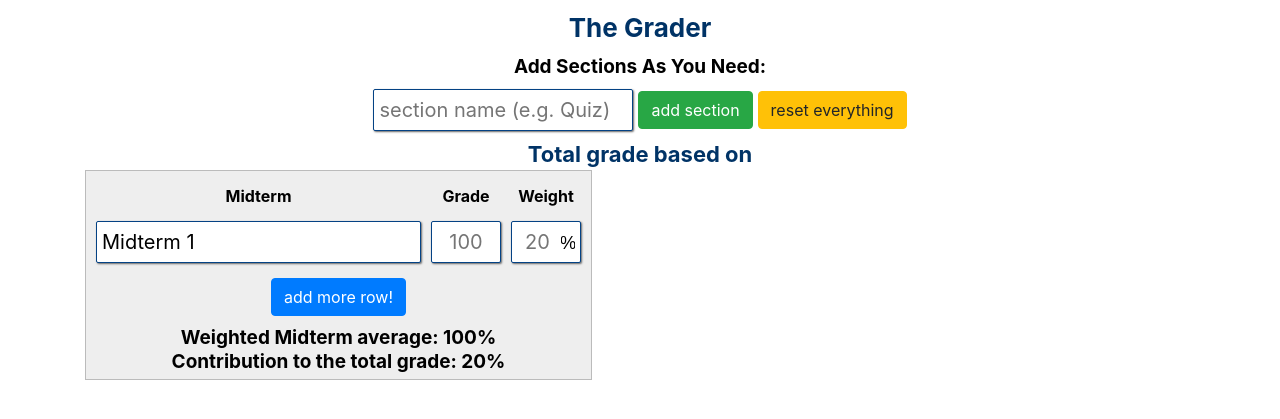
Repository: BarishNamazov/BarishNamazov.github.io
Page: thegrader/index.html
An editor plug-in stored every save of this project. The page is shown before and after the next save, followed by the edit.
The browser window is 1280 px wide. The pictures show the whole page.

Above is the page before, as saved 2020-10-31 19:46:54.

### thegrader/index.html
<!doctype html>
<html lang="en">
  <head>
    <meta charset="utf-8">
    <meta name="viewport" content="width=device-width, initial-scale=1, shrink-to-fit=no">

    <!-- Bootstrap CSS -->
    <link rel="stylesheet" href="https://cdn.jsdelivr.net/npm/bootstrap@4.5.3/dist/css/bootstrap.min.css" integrity="sha384-TX8t27EcRE3e/ihU7zmQxVncDAy5uIKz4rEkgIXeMed4M0jlfIDPvg6uqKI2xXr2" crossorigin="anonymous">

    <!-- Custon CSS -->
    <link rel="stylesheet" href="app.css">

    <title>The Grader</title>
  </head>
  <body>
    <div class="container">
      <div class="row">
        <div class="col-lg-12">
          <h1>The Grader</h1>

          <h3>Add Sections As You Need:</h3>

          <div class="divSectionAdder">
            <input type="text" class="sectionName" placeholder="section name (e.g. Quiz)"><button valign="center" class="btn btn-success sectionAdder" id="sectionAdder">add section</button><button style="margin-left: 5px" valign="center" class="btn btn-warning resetter">reset everything</button>
          </div>

          <div id="totalGrade">
            <h2>Total grade based on </h2>
          </div>

          <table class="gradePanel">
            <tbody>
              <tr>
                <td>
                  <table>
                    <tbody>
                      <tr class="rowHeader">
                        <td class="tableHeader tableName"><strong>Midterm</strong></td>
                        <td class="tableHeader"><strong>Grade</strong></td>
                        <td class="tableHeader"><strong>Weight</strong></td>
                      </tr>
                      <tr>
                        <td><input type="text" class="gradeName" value="Midterm 1"></td>
                        <td><input type="text" class="gradeValue" placeholder="100"></td>
                        <td><input type="text" class="gradeWeight percentIcon" placeholder="20"></td>
                      </tr>
                    </tbody>
                  </table>

                  <div class="moreRows"></div>

                  <button class="btn btn-primary rowAdder" id="section1RowAdder">add more row!</button>

                  <div class="gradeBar">
                    <h3>
                      Weighted <span class="nameOfSection">Midterm</span> average: <span class="sectionAverage">100</span>%
                      <br>
                      Contribution to the total grade: <span class="sectionContribution">20</span>%
                      <div class="failSafe">
                        You might have some errors while entering the grades and weights as numbers. Those grades are ignored.
                      </div>
                    </h3>
                  </div>

                </td>
              </tr>
            </tbody>
          </table>
          <div class="moreSections"></div>
        </div>
      </div>
    </div>



    <script src="https://code.jquery.com/jquery-3.5.1.slim.min.js" integrity="sha384-DfXdz2htPH0lsSSs5nCTpuj/zy4C+OGpamoFVy38MVBnE+IbbVYUew+OrCXaRkfj" crossorigin="anonymous"></script>
    <script src="https://cdn.jsdelivr.net/npm/bootstrap@4.5.3/dist/js/bootstrap.bundle.min.js" integrity="sha384-ho+j7jyWK8fNQe+A12Hb8AhRq26LrZ/JpcUGGOn+Y7RsweNrtN/tE3MoK7ZeZDyx" crossorigin="anonymous"></script>
    <script src="https://code.jquery.com/jquery-3.5.1.min.js" integrity="sha256-9/aliU8dGd2tb6OSsuzixeV4y/faTqgFtohetphbbj0=" crossorigin="anonymous"></script>
    <script src="scripts.js"></script>
  </body>
</html>

### thegrader/app.css
body,p,td,div,input,th,li,textarea{font-size:16px;color:#000;}

body{background:#fff;margin:0px;padding:0px;border:0;text-align: center;}

h1 {
  text-align: center;
  color: blue;
}
.divSectionAdder{
  margin: 10px auto;
  display: flex;
  align-items: center;
  justify-content: center;
}
.sectionName{
  margin-right: 5px;
  width: 260px;
}
.gradePanel{
	background:#eee;
	border: solid 1px #bbbbbb;
  padding: 10px;
  margin-bottom: 10px;
  width: 40%;
}
.failSafe{
  color: rgb(122, 5, 5);
  display: none;
}
td{
  padding: 5px;
}

h1{color:#003366;font-size:26px;font-weight:bold;padding:0;margin:12px 0;}
#resulth1{background-color:#ffefe7;padding:0px 5px 0px 5px;border-top:#930 1px dotted;}
h2{font-size:22px;font-weight:bold;color:#003366;padding:0; margin-bottom: 2px;}
h3{font-size:19px;font-weight:bold;}
hr{border:0;color:#aaa;background-color:#aaa;height:1px;}
a{color:#069;text-decoration:underline;}
a:hover{text-decoration:none;}
input{padding: 5px;color:#000;}
select{padding: 4px;color:#000;}
option{font-size:16px;}
input[type=text],
input[type=number],
select {
	border: 1px solid #044284;
	border-radius: 2px;
	box-shadow: 1px 1px 2px #666;
	font-size:20px;
}

.tableHeader{
  text-align: center;
}
.rowHeader{
  height: 40px;
}
.gradeWeight, .gradeValue{
  text-align:center;
  width: 70px;
}
.percentIcon{
	background: white url('media/percent.svg') right 5px center no-repeat;
  padding-right: 22px;
}
.rowAdder{
  margin: 10px auto;
}
h3{
  display: inline;
}

### thegrader/scripts.js
var newRow = "<table><tbody><tr><td><input type=\"text\" class=\"gradeName\" value=\"Midterm X\" autocomplete=\"off\"></td><td><input type=\"text\" class=\"gradeValue\"></td><td><input type=\"text\" class=\"gradeWeight percentIcon\"></td></tr></tbody></table>\n ";

var newSection = "<table class=\"gradePanel\"> <tbody> <tr> <td> <table> <tbody> <tr class=\"rowHeader\"> <td class=\"tableHeader tableName\"><strong>Midterm</strong></td> <td class=\"tableHeader\"><strong>Grade</strong></td> <td class=\"tableHeader\"><strong>Weight</strong></td> </tr> <tr> <td><input type=\"text\" class=\"gradeName\" value=\"Midterm 1\" autocomplete=\"off\"></td> <td><input type=\"text\" class=\"gradeValue\" placeholder=\"100\"></td> <td><input type=\"text\" class=\"gradeWeight percentIcon\" placeholder=\"20\"></td> </tr> </tbody> </table> <div class=\"moreRows\"></div> <button class=\"btn btn-primary rowAdder\">add more row!</button>  <div class=\"gradeBar\"> <h3> Weighted <span class=\"nameOfSection\">Midterm</span> average: <span class=\"sectionAverage\">100</span>% <br> Contribution to the total grade: <span class=\"sectionContribution\">20</span>% <div class=\"failSafe\"> You might have some errors while entering the grades and weights as numbers. Those grades are ignored. </div> </h3> </div>  </td> </tr> </tbody> </table>";

$(".resetter").on("click", function(){
  location.reload(true);
});
$(".failSafe").hide();

if (!String.prototype.splice) {
  String.prototype.splice = function(start, delCount, newSubStr) {
      return this.slice(0, start) + newSubStr + this.slice(start + Math.abs(delCount));
  };
}

var sectionCount = 1;

function rowAdder(){
  var idx = $(this).parents(".gradePanel").find("table").length + 1;
  var namePanel = $(this).parents(".gradePanel").find(".tableName").text();
  var editedRow = newRow.replace("Midterm X", namePanel + " " + idx);
  $(this).parents(".gradePanel").find(".moreRows").before(editedRow);
  $(".gradeValue").change(updateSectionGrade);
  $(".gradeWeight").change(updateSectionGrade);
}
$(".rowAdder").on("click", rowAdder);

function sectionAdder(dir){
  var x = (typeof dir == "string") ? $(dir) : $(this);
  var sectionInputName = $(".sectionName").val();
  if (!sectionInputName) return;
  var editedSection = newSection.replaceAll("Midterm", sectionInputName);
  $(".moreSections").before(editedSection);
  $(".rowAdder").eq(sectionCount++).on("click", rowAdder);
  $(".sectionName").val(null);
  $(".gradeValue").change(updateSectionGrade);
  $(".gradeWeight").change(updateSectionGrade);
}


$(".sectionAdder").on("click", sectionAdder);
$(".sectionName").on("keypress", function(e) {
  if (e.which == 13) {
    sectionAdder(".sectionName");
  }
})

function updateSectionGrade() {
  var section = $(this).parents(".gradePanel");
  var grades = section.find(".gradeValue"), weights = section.find(".gradeWeight");
  var contribution = 0.0, failSafe = 0, weightSum = 0.0, sectionAverage = 0.0;
  section.find("input").attr("placeholder", "");
  for (var i = 0; i < grades.length; i++) {
    if (Number(grades[i].value) && Number(weights[i].value)) {
      weightSum += Number(weights[i].value);
      contribution += Number(grades[i].value) * Number(weights[i].value) / 100.0;
    } else if (isNaN(Number(grades[i].value)) || isNaN(Number(weights[i].value))) {
      failSafe = 1;
    }
  }
  for (var i = 0; i < grades.length; i++) {
    if (Number(grades[i].value) && Number(weights[i].value)) {
      sectionAverage += Number(grades[i].value) * Number(weights[i].value) / weightSum;
    }
  }
  if (failSafe) {
    section.find(".failSafe").show();
  } else {
    section.find(".failSafe").hide();
  }
  section.find(".sectionContribution").text(contribution.toFixed(2));
  section.find(".sectionAverage").text(sectionAverage.toFixed(2));
}
function calculateTotalGrade() {
  var grades = $(document).find("gradeValue"), weights = $(document).find("gradeWeight");
  var totalGrade = 0.0, failSafe = 0, weightSum = 0.0, onlyKnownGrades = 0.0;
  for (var i = 0; i < grades.length; i++) {
    if (Number(grades[i].value) && Number(weights[i].value)) {
      weightSum += Number(weights[i].value);
      totalGrade += Number(grades[i].value) * Number(weights[i].value) / 100.0;
    } else if (isNaN(Number(grades[i].value)) || isNaN(Number(weights[i].value))) {
      failSafe = 1;
    }
  }
  if (failSafe) {
    $("#totalGrade").find(".failSafe").show();
  } else {
    $("#totalGrade").find(".failSafe").hide();
  }
  for (var i = 0; i < grades.length; i++) {
    if (Number(grades[i].value) && Number(weights[i].value)) {
      onlyKnownGrades += Number(grades[i].value) * Number(weights[i].value) / weightSum;
    }
  }
  $("#totalGrade").find(".sectionContribution").text(totalGrade.toFixed(2));
  $("#totalGrade").find(".sectionAverage").text(onlyKnownGrades.toFixed(2));
}
$(".gradeValue").change(updateSectionGrade);
$(".gradeWeight").change(updateSectionGrade);

After the next save:
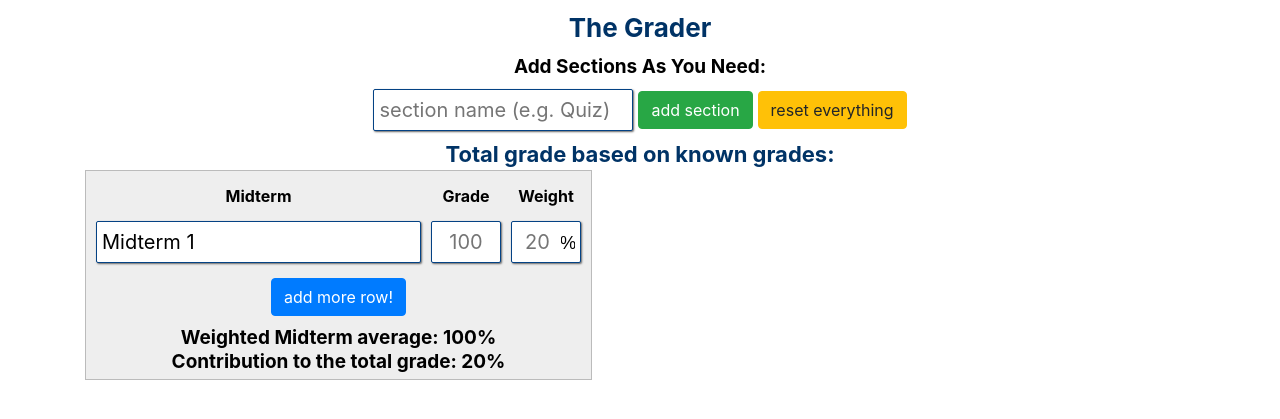
Saved 16 s later.
--- a/thegrader/index.html
+++ b/thegrader/index.html
@@ -25,7 +25,7 @@
           </div>
 
           <div id="totalGrade">
-            <h2>Total grade based on </h2>
+            <h2>Total grade based on known grades: </h2>
           </div>
 
           <table class="gradePanel">
